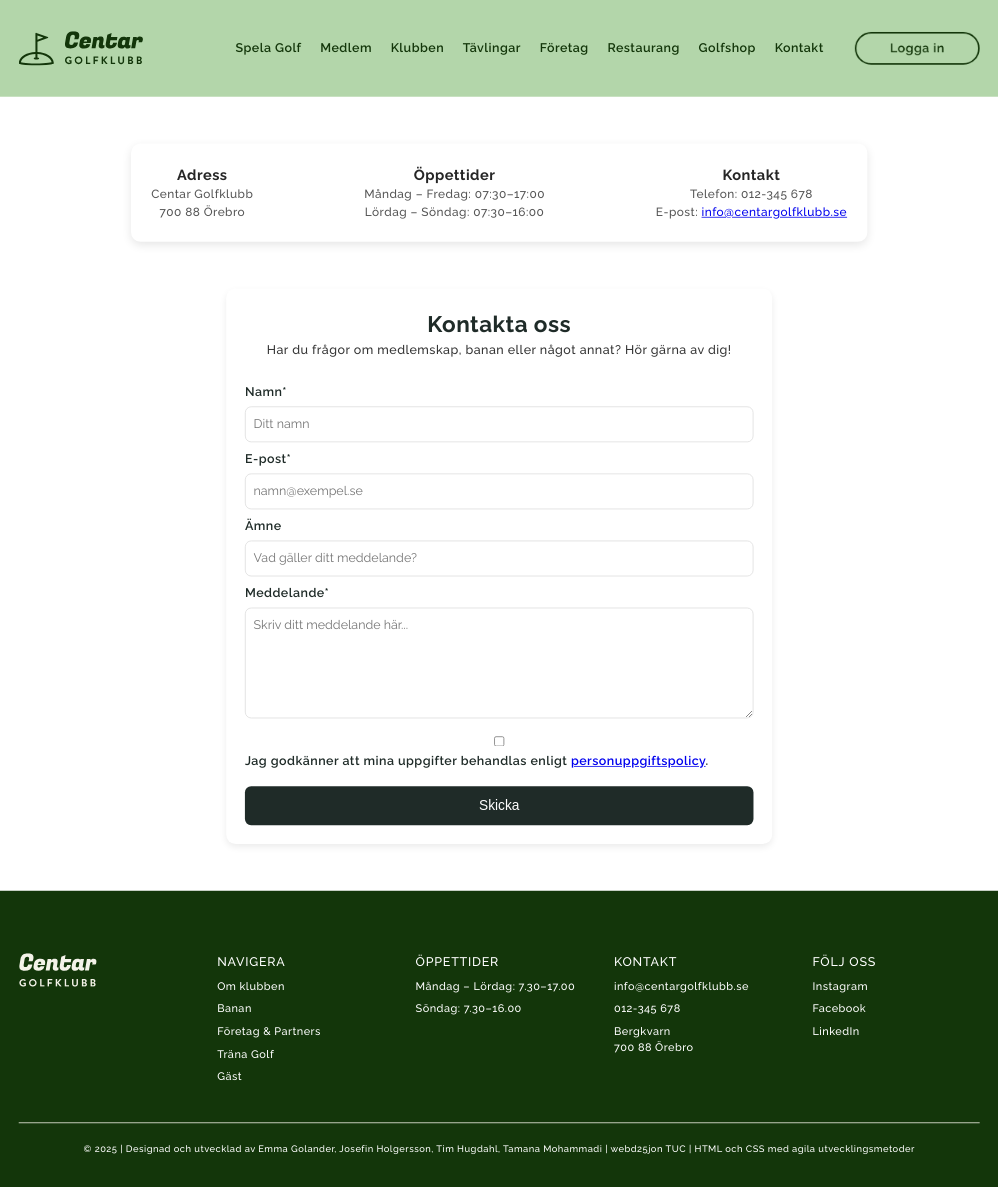
Repository: Tamana831/GolfklubbCentar
Page: kontakt.html
An editor plug-in stored every save of this project. The page is shown before and after the next save, followed by the edit.
The browser window is 1280 px wide. The pictures show the whole page, at 78% of full size.

Above is the page before, as saved 2025-10-22 11:52:11.

### kontakt.html
<!DOCTYPE html>
<html lang="sv">
  <head>
    <meta charset="UTF-8" />
    <meta name="viewport" content="width=device-width, initial-scale=1.0" />
    <meta name="description" content="Kontakta Centar Golfklubb – öppettider, adress och kontaktuppgifter." />
    <title>Kontakta oss</title>

    <!-- Grundstilar -->
    <link rel="stylesheet" href="styles/variables.css" />
    <link rel="stylesheet" href="styles/base.css" />
    <link rel="stylesheet" href="styles/kontakt.css" />
  </head>

  <body>
    <!-- HEADER -->
    <header class="bg-green-mid header-start" role="banner">
      <nav class="container main-nav-wrapper" role="navigation" aria-label="Huvudnavigering">
        <a href="index.html">
          <img src="images/centar_logotype_primary_dark.svg" alt="Centar logotype" class="logotype" />
        </a>

        <input type="checkbox" id="menu-toggle" aria-controls="menu" aria-label="Visa meny" />
        <label for="menu-toggle" class="menu-button-container">
          <span class="menu-button"></span>
        </label>

        <div class="menu-wrapper" id="menu">
          <ul>
            <li><a href="spelagolf.html">Spela Golf</a></li>
            <li><a href="#">Medlem</a></li>
            <li><a href="#">Klubben</a></li>
            <li><a href="#">Tävlingar</a></li>
            <li><a href="#">Företag</a></li>
            <li><a href="#">Restaurang</a></li>
            <li><a href="#">Golfshop</a></li>
            <li><a href="kontakt.html" class="active">Kontakt</a></li>
          </ul>
          <a href="#" class="button btn-primary-outline">Logga in</a>
        </div>
      </nav>
    </header>

    <!-- HELA KONTAKTSEKTIONEN MED BAKGRUND -->
    <section class="contact-section" aria-labelledby="kontakt-h1">
      <div class="container">

        <!-- KONTAKT-BOXAR -->
        <div class="contact-wrapper" aria-labelledby="kontakt-info-heading">
          <div class="contact-card" role="region" aria-labelledby="adress-heading">
            <h3 id="adress-heading">Adress</h3>
            <p>Centar Golfklubb<br />700 88 Örebro</p>
          </div>

          <div class="contact-card" role="region" aria-labelledby="oppettider-heading">
            <h3 id="oppettider-heading">Öppettider</h3>
            <p>Måndag – Fredag: 07:30–17:00<br />Lördag – Söndag: 07:30–16:00</p>
          </div>

          <div class="contact-card" role="region" aria-labelledby="kontakt-heading">
            <h3 id="kontakt-heading">Kontakt</h3>
            <p>Telefon: 012-345 678<br />E-post: <a href="mailto:info@centargolfklubb.se">info@centargolfklubb.se</a></p>
          </div>
        </div>

        <!-- FORMULÄR -->
        <div class="contact-container" role="region" aria-labelledby="kontakt-h1">
          <header class="contact-header">
            <h1 id="kontakt-h1">Kontakta oss</h1>
            <p>Har du frågor om medlemskap, banan eller något annat? Hör gärna av dig!</p>
          </header>

          <form class="contact-form" action="#" method="post" novalidate>
            <label for="name">Namn*</label>
            <input type="text" id="name" name="name" required placeholder="Ditt namn" />

            <label for="email">E-post*</label>
            <input type="email" id="email" name="email" required placeholder="namn@exempel.se" />

            <label for="subject">Ämne</label>
            <input type="text" id="subject" name="subject" placeholder="Vad gäller ditt meddelande?" />

            <label for="message">Meddelande*</label>
            <textarea id="message" name="message" rows="5" required placeholder="Skriv ditt meddelande här..."></textarea>

            <!-- GDPR / samtycke -->
            <label class="gdpr-label" for="consent">
              <input type="checkbox" id="consent" name="consent" required />
              Jag godkänner att mina uppgifter behandlas enligt
              <a href="#" target="_blank" rel="noopener noreferrer">personuppgiftspolicy</a>.
            </label>

            <!-- Valfritt: ett litet felmeddelande-element (kan visas via JS/CSS vid behov) -->
            <p class="form-error" aria-live="polite" style="display:none; color:#c0392b; margin-top:8px;">
              Du måste godkänna personuppgiftspolicyn för att skicka formuläret.
            </p>

            <button type="submit">Skicka</button>
          </form>
        </div>
      </div>
    </section>

    <!-- FOOTER -->
    <footer class="bg-green-dark" role="contentinfo">
      <div class="container text-white footer-wrapper">
        <nav class="foot-nav-wrapper body-sm" aria-label="Sidfot navigation">
          <div class="foot-nav-item foot-logo-wrapper">
            <a href="index.html">
              <img src="images/centar_logo_wordmark_neg.svg" alt="Centar logotype negative" class="logo-wordmark" />
            </a>
          </div>

          <section class="foot-nav-item">
            <h5 class="overline">Navigera</h5>
            <ul>
              <li><a href="#">Om klubben</a></li>
              <li><a href="#">Banan</a></li>
              <li><a href="#">Företag &amp; Partners</a></li>
              <li><a href="#">Träna Golf</a></li>
              <li><a href="#">Gäst</a></li>
            </ul>
          </section>

          <section class="foot-nav-item">
            <h5 class="overline">Öppettider</h5>
            <p>Måndag – Lördag: 7.30–17.00</p>
            <p>Söndag: 7.30–16.00</p>
          </section>

          <section class="foot-nav-item">
            <h5 class="overline">Kontakt</h5>
            <a href="mailto:info@centargolfklubb.se">info@centargolfklubb.se</a>
            <a href="tel:+46123456789">012-345 678</a>
            <address>Bergkvarn<br />700 88 Örebro</address>
          </section>

          <section class="foot-nav-item">
            <h5 class="overline">Följ oss</h5>
            <ul>
              <li><a href="#">Instagram</a></li>
              <li><a href="#">Facebook</a></li>
              <li><a href="#">LinkedIn</a></li>
            </ul>
          </section>
        </nav>

        <div class="byline-wrapper text-center">
          <p>
            &copy; 2025 | Designad och utvecklad av Emma Golander, Josefin
            Holgersson, Tim Hugdahl, Tamana Mohammadi | webd25jon TUC |
            HTML och CSS med agila utvecklingsmetoder
          </p>
        </div>
      </div>
    </footer>
  </body>
</html>

### styles/variables.css
/* Variabler. I och med att vi lägger det i root så går de att nå i alla css-filer.*/
:root {
  /* FÄRGER */
  --color-green-dark: #13360a;
  --color-green-mid: #b3d6aa;
  --color-green-light: #ecf6e9;
  --color-green-accent: #14bf71;

  --color-blue-mid: #c8e0e8;
  --color-blue-light: #e4f0f4;
  --color-beige-light: #f4f3e9;

  --color-text-black: #262626;
  --color-text-grey: #3d3d3d;
  --color-text-white: #ffffff;

  /* SPACING */
  --space-xxs: 0.5rem; /* 8px, minsta avstånd, typ ikoner, små knappar*/
  --space-xs: 1rem; /* 16px, litet avstånd, tex mellan text och knapp  */
  --space-sm: 1.5rem; /* 24px, lite större, ofta mellan rubrik och text */
  --space-md: 2.5rem; /* 40px, ännu lite större, ofta mellan större rubrik och text */
  --space-lg: 3.5rem; /* 56px */
  --space-xl: 5rem; /* 80px, större block, typ mellan sektioner*/
  --space-xxl: 7.5rem; /* 120px, stort avstånd mellan sektioner */
}

### styles/base.css
@import url("https://fonts.googleapis.com/css2?family=Raleway:ital,wght@0,100..900;1,100..900&display=swap");
/* Reset */
* {
  box-sizing: border-box;
  margin: 0;
  padding: 0;
  line-height: 1.5;
}

body {
  color: var(--color-text-black); /* Textfärg för hela sidan */
  font-family: "Raleway", sans-serif;
  font-weight: 500;
  letter-spacing: 0.6px;
  -webkit-font-smoothing: antialiased;
  -moz-osx-font-smoothing: grayscale;
}

/* Klassen container styr sidans maxbredd. */
.container {
  margin: 0 auto;
  max-width: 1280px;
  /* Är det för tight padding i mobil?? */
  padding-left: var(--space-sm);
  padding-right: var(--space-sm);
}
/* @media (min-width: 768px) {
  .container {
    padding-left: var(--space-sm);
    padding-right: var(--space-sm);
  }
} */

/* ---------- BAKGRUNDSFÄRG styling  ---------- */
/* Gör vad som känns enklast, antingen med klass på html-elmentet eller med hjälp av css direkt på elementet. */
.bg-green-dark {
  background-color: var(--color-green-dark);
}
.bg-green-mid {
  background-color: var(--color-green-mid);
}
.bg-green-light {
  background-color: var(--color-green-light);
}
.bg-blue-mid {
  background-color: var(--color-blue-mid);
}
.bg-blue-light {
  background-color: var(--color-blue-light);
}
.bg-beige-light {
  background-color: var(--color-beige-light);
}

/* ---------- TEXT styling ---------- */
/* Utgår från mobil och skalar upp, se media queries */
/* text- för rubriker */
.text-xxl,
.text-xl,
.text-lg,
.text-md,
.text-sm {
  font-weight: 600;
  letter-spacing: normal; /* nollställer letter-spacing som är satt i body */
  line-height: 1.2;
}
.text-xxl {
  font-size: 2.5rem; /* 40px mobil, 64px desktop */
}
.text-xl {
  font-size: 2rem; /* 32px mobil, 48px desktop */
  margin-bottom: var(--space-md);
}
.text-lg {
  font-size: 1.75rem; /* 28px mobil, 32px desktop */
  margin-bottom: var(--space-sm);
}
.text-md {
  font-size: 1.25rem; /* 20px mobil, 24px desktop */
  margin-bottom: var(--space-xs);
}
.text-sm {
  font-size: 1rem; /* 16px */
  margin-bottom: var(--space-xs);
}
/* body- för brödtext och ingress */
.body-sm {
  font-size: 0.875rem; /* 14px */
}
.body {
  font-size: 1rem; /* 16px */
}
.body-lg {
  font-size: 1rem; /* 16px mobil, 20px desktop */
}
.overline {
  font-size: 1rem; /* 16px */
  font-weight: 500;
  text-transform: uppercase;
  letter-spacing: 1px;
}
/* Större px-storlek från tablet och uppåt */
@media (min-width: 768px) {
  .text-xxl {
    font-size: 4rem; /* 64px */
  }
  .text-xl {
    font-size: 3rem; /* 48px */
  }
  .text-lg {
    font-size: 2rem; /* 32px */
  }
  .text-md {
    font-size: 1.5rem; /* 24px */
  }
  .body-lg {
    font-size: 1.25rem; /* 20px */
  }
}
/* Hjälpklasser */
.text-center {
  text-align: center;
}
.text-white {
  color: var(--color-text-white);
}
.bold {
  font-weight: 700;
}
/* ----------  BUTTONS ---------- */
/* Grundstyling som gäller alla knappar (a-taggar och buttons) */
.button {
  /* Button reset */
  appearance: none; /* tar bort systemets knappstil. */
  -webkit-appearance: none; /* för Safari */
  -moz-appearance: none; /* för Firefox */
  border: none;
  font: inherit; /* Ärver samma font som sidan */
  /* Sätter fast höjd på knappar och justerar in med flex, så man vet att alla knappat alltid är lika höga. */
  height: 42px;
  width: fit-content;
  max-width: 100%;
  display: flex;
  justify-content: center;
  align-items: center;
  text-decoration: none;
  font-weight: 600;
  text-align: center;
  border-radius: 999px;
  padding: 0 var(--space-md); /* Enbart padding i sidled pga fast höjd och flex*/
  cursor: pointer;
  will-change: transform;
  transition: background-color 0.25s ease, transform 0.15s ease;
}
.button:hover {
  transform: scale(1.03);
}
.btn-primary {
  /* Mörkgrön */
  background-color: var(--color-green-dark);
  color: var(--color-beige-light);
}
.btn-cta {
  background-color: var(--color-green-accent);
  color: var(--color-text-white);
}
.btn-primary:hover,
.btn-cta:hover {
  background-color: color-mix(in srgb, var(--color-green-accent) 85%, black);
}
.btn-primary-outline {
  /* Mörkgrön outline */
  border: 2px solid var(--color-green-dark);
  background-color: transparent;
  color: var(--color-green-dark);
}
.btn-primary-outline:hover {
  background-color: var(--color-green-dark);
  color: var(--color-beige-light);
}
/* Focus ring t.ex. när man tabbar sig fram */
.button:focus-visible {
  outline: 3px solid color-mix(in srgb, var(--color-green-accent) 70%, white);
  outline-offset: 3px;
}
@media (max-width: 420px) {
  .button {
    height: auto;
    min-height: 42px;
    padding: 0.5rem var(--space-md);
    white-space: normal;
    line-height: 1.2;
  }
}

/* ---------- NAVIGATION ---------- */
.main-nav-wrapper {
  display: flex;
  justify-content: space-between;
  align-items: center;
  position: relative;
  padding-top: var(--space-sm);
  padding-bottom: var(--space-sm);
}
.logotype {
  width: 140px;
  /* Tar bort margin i botten på bild */
  display: block;
}
.menu-wrapper {
  position: absolute;
  top: 100%; /* lägger meny precis under nav */
  left: 0;
  right: 0;
  background-color: var(--color-green-mid);
  border-top: 1px solid var(--color-green-dark);
  box-shadow: 0 4px 16px 0 rgba(0, 0, 0, 0.08);
  display: flex;
  flex-direction: column;
  padding: var(--space-sm) var(--space-sm) var(--space-lg) var(--space-sm);
  gap: var(--space-xs); /* Avstånd mellan meny och knapp */
  /* Animerar opaciteten */
  max-height: 0;
  opacity: 0;
  overflow: hidden;
  transition: all 700ms cubic-bezier(0.23, 1, 0.32, 1);
}
.menu-wrapper li {
  list-style: none;
  font-size: 1.25rem;
  margin-bottom: var(--space-xs);
}
.menu-wrapper a {
  text-decoration: none;
  color: var(--color-green-dark);
  font-weight: 600;
  transition: background-color 0.5s;
}
.menu-wrapper li a:hover,
.menu-wrapper li a.current {
  padding-bottom: 4px;
  border-bottom: 2px solid var(--color-green-dark);
}
/* Styling hamburgerikon */
.menu-button-container {
  height: 100%;
  width: 32px;
  cursor: pointer;
  display: flex;
  flex-direction: column;
  justify-content: center;
  align-items: center;
}
/* Döljer själva checkboxen*/
#menu-toggle {
  display: none;
}
/* Checkbox (hamburgermenyn) kryssad, menyn visas */
#menu-toggle:checked ~ .menu-wrapper {
  max-height: 600px;
  opacity: 1;
}
/* Hamburgerikonens transformation till ett "X" */
#menu-toggle:checked + .menu-button-container .menu-button::before {
  margin-top: 0;
  transform: rotate(45deg);
}
#menu-toggle:checked + .menu-button-container .menu-button {
  background: transparent;
}
#menu-toggle:checked + .menu-button-container .menu-button::after {
  margin-top: 0;
  transform: rotate(-45deg);
}
/* Stylar "strecken" i hamburgermenyn  */
.menu-button,
.menu-button::before,
.menu-button::after {
  display: block;
  background-color: var(--color-green-dark);
  position: absolute;
  height: 3px;
  width: 30px;
  border-radius: 2px;
  transition: transform 400ms cubic-bezier(0.23, 1, 0.32, 1);
}
.menu-button::before {
  content: "";
  margin-top: -8px;
}
.menu-button::after {
  content: "";
  margin-top: 8px;
}
/* Desktop */
@media (min-width: 1024px) {
  .main-nav-wrapper {
    align-items: flex-start;
    padding-top: var(--space-md);
    padding-bottom: var(--space-md);
  }
  .logotype {
    width: 200px;
    padding-right: var(--space-md);
  }
  .menu-button-container {
    display: none; /* Döljer hamburgarikon */
  }
  .menu-wrapper {
    position: static;
    background-color: transparent;
    display: flex;
    flex-direction: row;
    align-items: flex-start;
    padding: 0;
    gap: var(--space-md); /* Avstånd mellan meny och knapp */
    box-shadow: none;
    border-top: none;
    /* Återställer styling för animering */
    max-height: none;
    opacity: 1;
    overflow: visible;
    transition: none;
  }
  .menu-wrapper ul {
    display: flex;
    flex-wrap: wrap;
    justify-content: center;
    align-items: center;
    column-gap: var(--space-sm);
    row-gap: var(--space-xs);
  }
  .menu-wrapper li {
    margin-bottom: 0;
    font-size: 1rem;
  }
  .menu-wrapper .button {
    min-width: 160px; /* Måste sätta bredd annars vill texten hamna på två rader */
  }
}
@media (min-width: 1200px) {
  .main-nav-wrapper {
    align-items: center;
  }
  .menu-wrapper {
    align-items: center;
  }
}

/* Exempel-styling */
.hero {
  display: flex;
  flex-direction: column;
  justify-content: center;
  align-items: center;
  background-color: plum; /* Färg och höjd för att man ska se något nu.*/
  height: 500px;
  margin-bottom: var(--space-xl);
}
.btn-wrapper {
  display: flex;
  gap: var(--space-xs);
}

/* ----------  FOOTER ---------- */
/* Container-klassen styr padding i sidled så sätter top och bottom här. */
.footer-wrapper {
  padding-top: var(--space-xl);
  padding-bottom: var(--space-md);
}
.foot-nav-wrapper {
  display: grid; /* Grid aktiverad från start */
  grid-template-columns: 1fr;
  gap: var(--space-md); /* Mellanrum mellan sektioner */
  margin-bottom: var(--space-md);
}
footer .logo-wordmark {
  width: 100px;
}
footer .overline {
  margin-bottom: var(--space-xxs);
}
.foot-nav-item a,
.foot-nav-item p,
.foot-nav-item address {
  margin-bottom: var(--space-xxs);
  font-style: normal;
}
.foot-nav-item li {
  list-style: none;
}
.foot-nav-item a {
  display: block;
  text-decoration: none;
  color: var(--color-text-white);
}
.foot-nav-item a:hover {
  text-decoration: underline;
}
.byline-wrapper {
  border-top: 0.5px solid var(--color-beige-light);
}
.byline-wrapper p {
  font-size: 0.75rem;
  padding-top: var(--space-sm);
}
/* Tablet */
@media (min-width: 768px) {
  .foot-nav-wrapper {
    grid-template-columns: repeat(3, 1fr);
  }
  .foot-logo-wrapper {
    grid-column: span 3;
  }
}
/* Desktop */
@media (min-width: 1200px) {
  .foot-nav-wrapper {
    grid-template-columns: repeat(5, 1fr);
  }
  .foot-logo-wrapper {
    grid-column: span 1;
  }
}

### styles/kontakt.css
/* --- KONTAKT-SEKTION --- */
.contact-wrapper {
  display: flex;
  justify-content: space-between;
  align-items: stretch; /* alla boxar lika höga */
  gap: 24px;
  max-width: 944px;
  margin: 60px auto;
  border: 2px solid #fff;
  border-radius: 12px;
  background-color: #C8E0E8;
  background: #fff; /* bakgrundsfärg för hela kontaktboxen */
  box-shadow: 0 4px 12px rgba(0, 0, 0, 0.1);
  padding: 24px;
  flex-wrap: nowrap; /* boxarna ligger bredvid varandra */
}

.contact-card {
  text-align: center;
  background: #fff; /* färg för varje liten box */
}

.contact-card:hover {
  transform: translateY(-3px);
}

.contact-card h2 {
  font-size: 1.2rem;
  margin-bottom: 10px;
  color: #1f2b28;
}

.contact-card p {
  font-size: 0.95rem;
  color: #555;
  line-height: 1.5;
}

/*--- FORMULÄR ---*/
.contact-container {
  max-width: 700px;
  margin: 60px auto;
  padding: 24px;
  background: #fff; /* samma bakgrundsfärg som huvudboxen */
  border-radius: 12px;
  box-shadow: 0 4px 10px rgba(0, 0, 0, 0.08);
}

.contact-header {
  text-align: center;
  margin-bottom: 30px;
}

.contact-header h1 {
  font-size: 1.8rem;
  color: #1f2b28;
}

.contact-header p {
  color: #333;
  font-size: 1rem;
}

.contact-form label {
  display: block;
  margin-top: 10px;
  font-weight: 600;
  color: #1f2b28;
}

.contact-form input,
.contact-form textarea {
  width: 100%;
  padding: 10px;
  margin-top: 6px;
  border: 1px solid #ddd;
  border-radius: 8px;
  font-size: 1rem;
  font-family: inherit;
  background: #fff;
}

.contact-form button {
  margin-top: 20px;
  width: 100%;
  padding: 12px;
  background: #1f2b28;
  color: white;
  border: none;
  border-radius: 8px;
  cursor: pointer;
  font-size: 1.1rem;
  transition: background 0.2s ease;
}

.contact-form button:hover {
  background: #3a4a46;
}

/* --- Responsiv design --- */
@media (max-width: 768px) {
  .contact-wrapper {
    flex-direction: column; /* staplar boxarna på mobil */
    padding: 20px;
  }

  .contact-card {
    width: 100%;
    min-height: auto; /* höjd anpassas på mobil */
  }

  .contact-container {
    margin: 30px 16px;
    padding: 20px;
  }
}

After the next save:
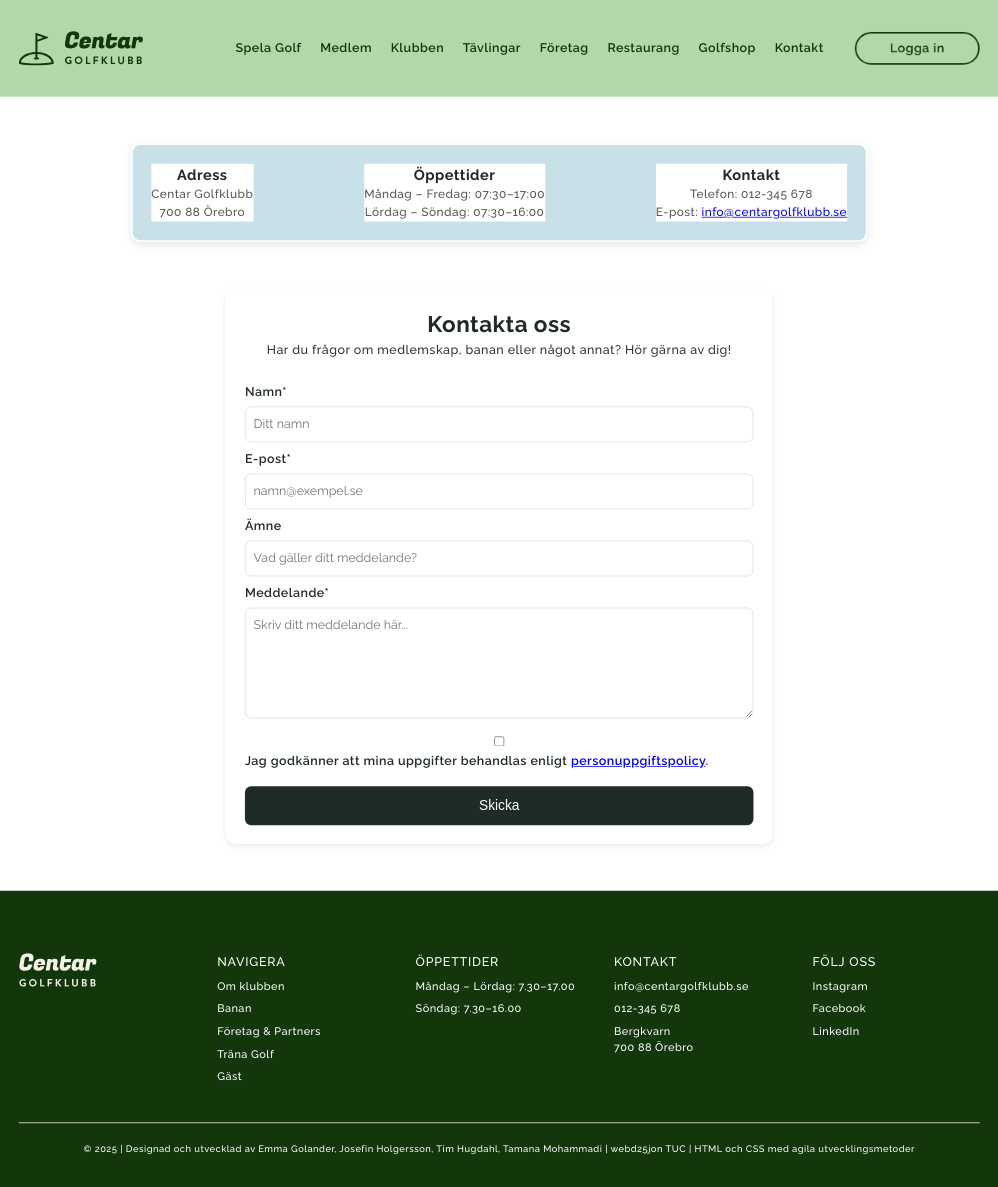
Saved 84 s later.
--- a/styles/kontakt.css
+++ b/styles/kontakt.css
@@ -8,8 +8,8 @@
   margin: 60px auto;
   border: 2px solid #fff;
   border-radius: 12px;
-  background-color: #C8E0E8;
-  background: #fff; /* bakgrundsfärg för hela kontaktboxen */
+
+  background: #C8E0E8; /* bakgrundsfärg för hela kontaktboxen */
   box-shadow: 0 4px 12px rgba(0, 0, 0, 0.1);
   padding: 24px;
   flex-wrap: nowrap; /* boxarna ligger bredvid varandra */
